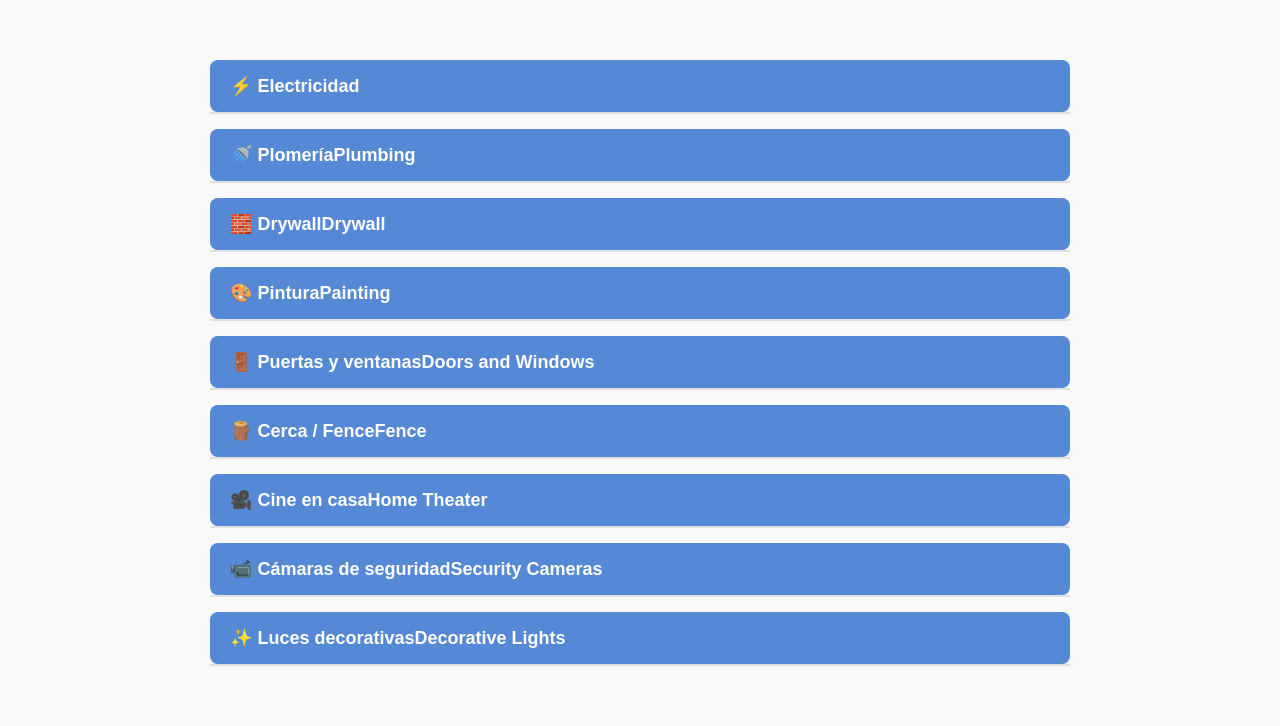
Repository: medranokaren/cima-connect
Page: reparaciones.html
An editor plug-in stored every save of this project. The page is shown before and after the next save, followed by the edit.
The browser window is 1280 px wide. The pictures show the part of the page from y = 432 to 1158 px (the page is 1158 px tall before and 1149 px after).

Above is the page before, as saved 2025-07-28 18:59:22.

After the next save:
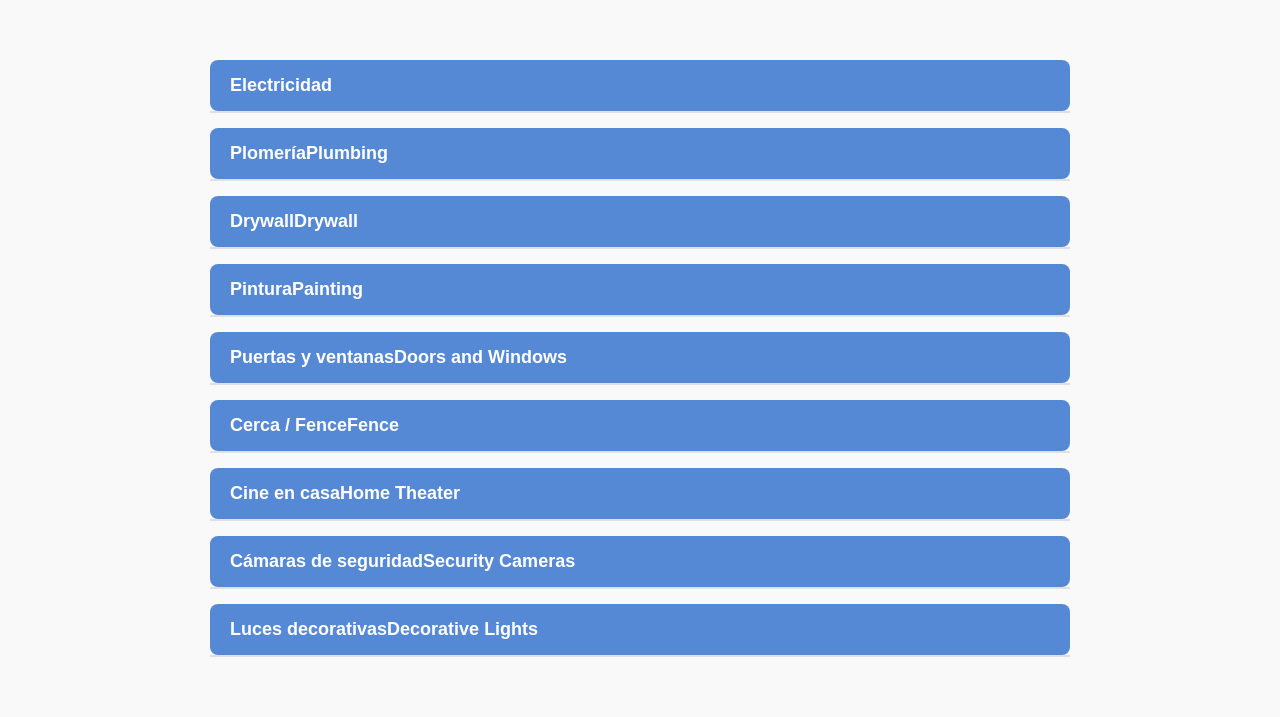
Saved 4 min 29 s later.
--- a/reparaciones.html
+++ b/reparaciones.html
@@ -33,9 +33,9 @@
 
 <section id="acordeon" class="acordeon-container">
 
-  <!-- ⚡ Electricidad -->
+  <!--  Electricidad -->
   <div class="acordeon-item">
-    <button class="acordeon-boton">⚡ <span class="es">Electricidad</span><span class="en" style="display:none;">Electricity</span></button>
+    <button class="acordeon-boton"> <span class="es">Electricidad</span><span class="en" style="display:none;">Electricity</span></button>
     <div class="acordeon-contenido">
       <ul>
         <li><span class="es">Cambiar focos</span><span class="en">Change light bulbs</span></li>
@@ -48,9 +48,9 @@
     </div>
   </div>
 
-  <!-- 🚿 Plomería -->
+  <!--  Plomería -->
   <div class="acordeon-item">
-    <button class="acordeon-boton">🚿 <span class="es">Plomería</span><span class="en">Plumbing</span></button>
+    <button class="acordeon-boton"> <span class="es">Plomería</span><span class="en">Plumbing</span></button>
     <div class="acordeon-contenido">
       <ul>
         <li><span class="es">Fugas en fregadero</span><span class="en">Sink leaks</span></li>
@@ -63,9 +63,9 @@
     </div>
   </div>
 
-  <!-- 🧱 Drywall -->
+  <!--  Drywall -->
   <div class="acordeon-item">
-    <button class="acordeon-boton">🧱 <span class="es">Drywall</span><span class="en">Drywall</span></button>
+    <button class="acordeon-boton"> <span class="es">Drywall</span><span class="en">Drywall</span></button>
     <div class="acordeon-contenido">
       <ul>
         <li><span class="es">Tapar agujeros</span><span class="en">Patch holes</span></li>
@@ -78,9 +78,9 @@
     </div>
   </div>
 
-  <!-- 🎨 Pintura -->
+  <!--  Pintura -->
   <div class="acordeon-item">
-    <button class="acordeon-boton">🎨 <span class="es">Pintura</span><span class="en">Painting</span></button>
+    <button class="acordeon-boton"> <span class="es">Pintura</span><span class="en">Painting</span></button>
     <div class="acordeon-contenido">
       <ul>
         <li><span class="es">Pintura de cuarto completo</span><span class="en">Full room painting</span></li>
@@ -93,9 +93,9 @@
     </div>
   </div>
 
-  <!-- 🚪 Puertas y Ventanas -->
+  <!--  Puertas y Ventanas -->
   <div class="acordeon-item">
-    <button class="acordeon-boton">🚪 <span class="es">Puertas y ventanas</span><span class="en">Doors and Windows</span></button>
+    <button class="acordeon-boton"> <span class="es">Puertas y ventanas</span><span class="en">Doors and Windows</span></button>
     <div class="acordeon-contenido">
       <ul>
         <li><span class="es">Ajuste de puerta</span><span class="en">Door adjustment</span></li>
@@ -107,9 +107,9 @@
     </div>
   </div>
 
-  <!-- 🪵 Fence -->
+  <!--  Fence -->
   <div class="acordeon-item">
-    <button class="acordeon-boton">🪵 <span class="es">Cerca / Fence</span><span class="en">Fence</span></button>
+    <button class="acordeon-boton"> <span class="es">Cerca / Fence</span><span class="en">Fence</span></button>
     <div class="acordeon-contenido">
       <ul>
         <li><span class="es">Reparar fence</span><span class="en">Fix broken fence</span></li>
@@ -121,9 +121,9 @@
     </div>
   </div>
 
-  <!-- 🎥 Cine en casa -->
+  <!--  Cine en casa -->
   <div class="acordeon-item">
-    <button class="acordeon-boton">🎥 <span class="es">Cine en casa</span><span class="en">Home Theater</span></button>
+    <button class="acordeon-boton"> <span class="es">Cine en casa</span><span class="en">Home Theater</span></button>
     <div class="acordeon-contenido">
       <ul>
         <li><span class="es">Instalación de bocinas</span><span class="en">Speaker installation</span></li>
@@ -135,9 +135,9 @@
     </div>
   </div>
 
-  <!-- 📹 Cámaras -->
+  <!--  Cámaras -->
   <div class="acordeon-item">
-    <button class="acordeon-boton">📹 <span class="es">Cámaras de seguridad</span><span class="en">Security Cameras</span></button>
+    <button class="acordeon-boton"> <span class="es">Cámaras de seguridad</span><span class="en">Security Cameras</span></button>
     <div class="acordeon-contenido">
       <ul>
         <li><span class="es">Instalación de cámaras</span><span class="en">Camera installation</span></li>
@@ -149,9 +149,9 @@
     </div>
   </div>
 
-  <!-- ✨ Luces decorativas -->
+  <!--  Luces decorativas -->
   <div class="acordeon-item">
-    <button class="acordeon-boton">✨ <span class="es">Luces decorativas</span><span class="en">Decorative Lights</span></button>
+    <button class="acordeon-boton"> <span class="es">Luces decorativas</span><span class="en">Decorative Lights</span></button>
     <div class="acordeon-contenido">
       <ul>
         <li><span class="es">Instalación navideña</span><span class="en">Holiday installation</span></li>
